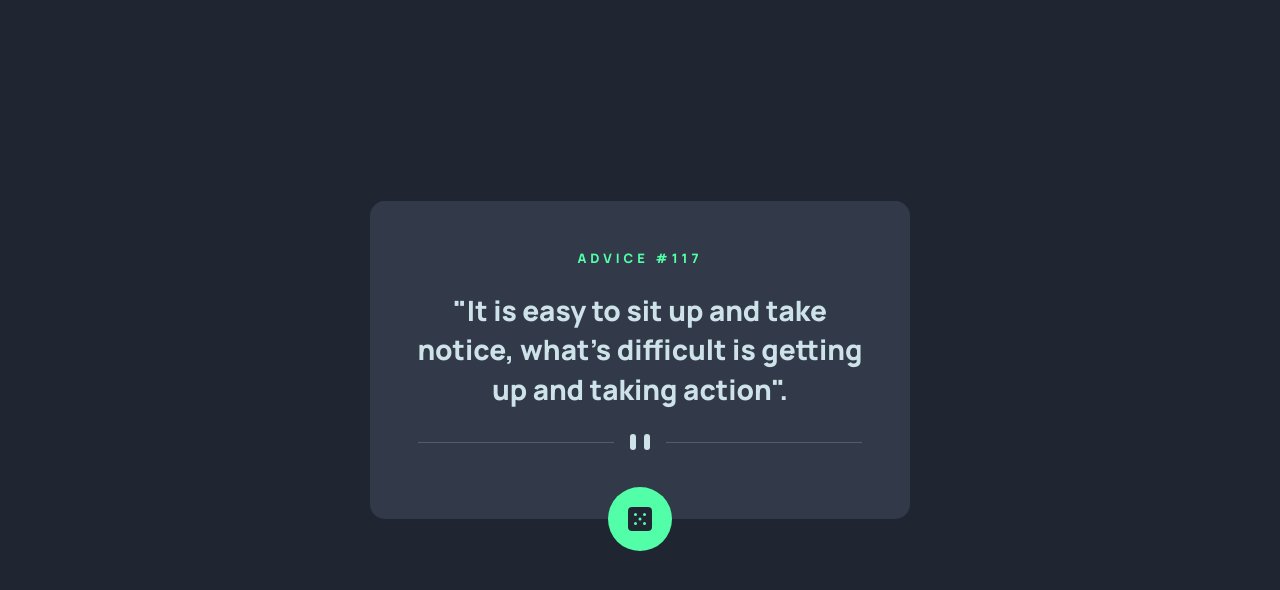
Repository: Daki-builds/advice-generator-app
Page: index.html
These files come from the project's save history. The page is drawn as it stood at one moment and after the next save; the edit follows.
The browser window is 1280 px wide. The pictures show the whole page.

Above is the page before, as saved 2026-10-11 04:51:43.

After the next save:
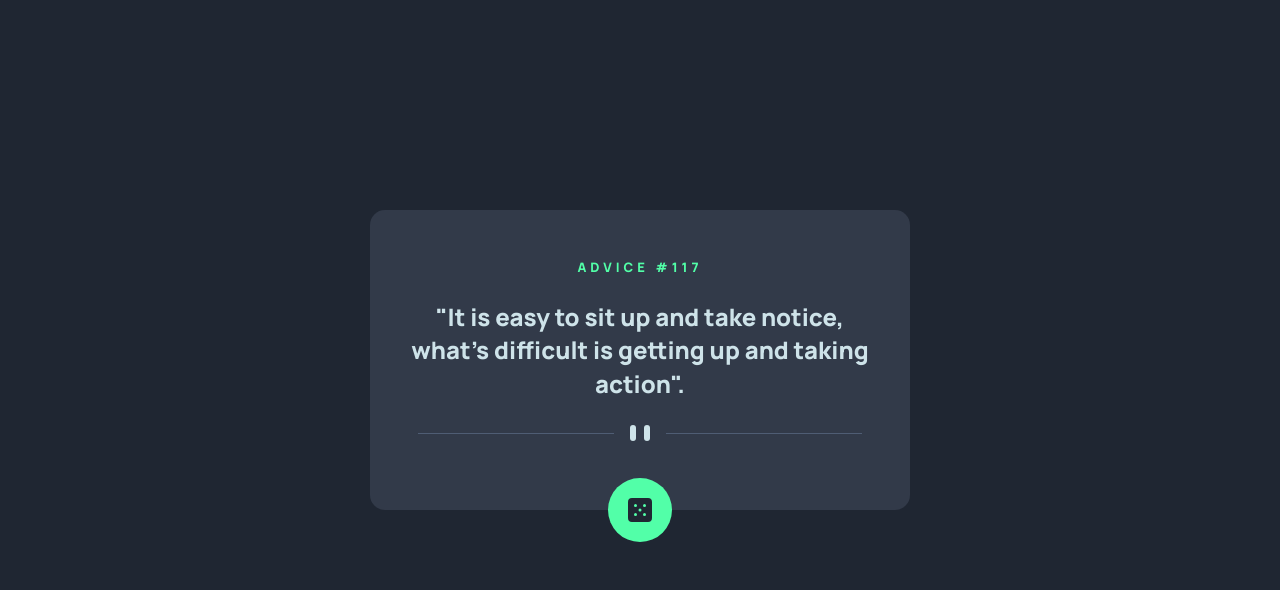
Saved 3 min 49 s later.
--- a/style.css
+++ b/style.css
@@ -83,8 +83,8 @@ button:hover {
 }
 
 @media (min-width: 768px) {
-  :root {
-    --font-size: 28px;
+  p {
+    font-size: 24px;
   }
 
   .container {
@@ -93,8 +93,8 @@ button:hover {
 }
 
 @media (max-width: 360px) {
-  :root {
-    --font-size: 22px;
+  p {
+    font-size: 22px;
   }
 
   .container {
